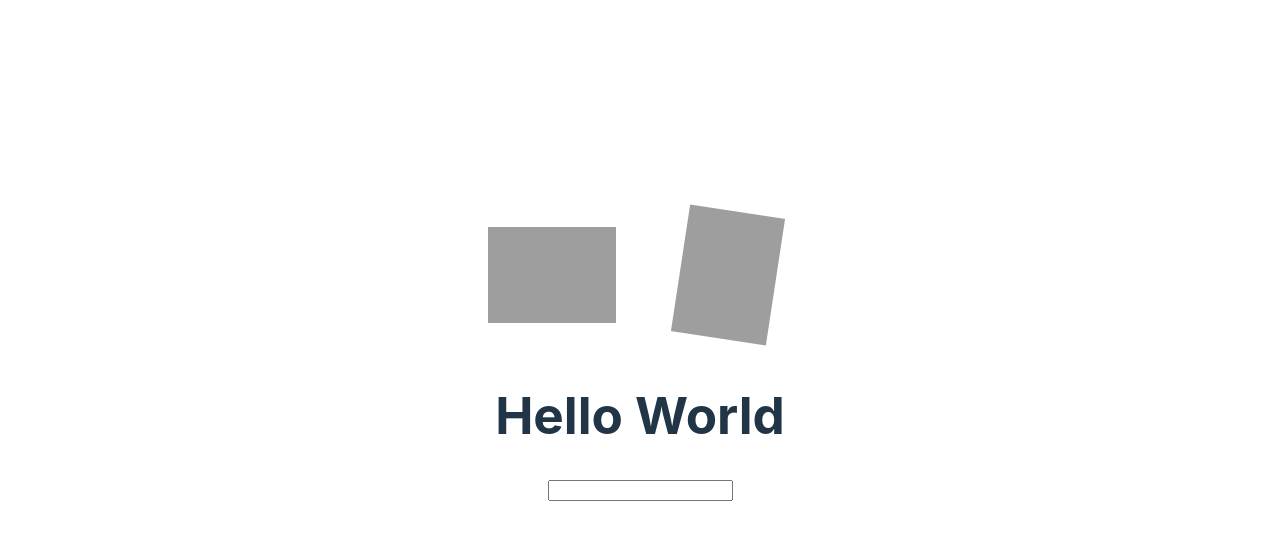
Repository: marianozamora/vite-test-plat
Page: /
The author's editor kept a copy of each file at every save. The page is drawn from the files as they stood at one save, then again after the next save.
The browser window is 1280 px wide. The pictures show the whole page.
Pictures or frames that could not be fetched are drawn as grey boxes. The page's requests for data from a server got no answer. The project was rebuilt for these pictures with package versions that can differ from the ones it lists, and the page was loaded fresh each time. No one was signed in, and anything a server would have sent is missing. Also part of the build but not shown: vite.config.js, src/list.styl.

Above is the page before, as saved 2023-06-22 13:55:14.

### src/App.jsx
import { useState, useEffect } from 'react'
import reactLogo from './assets/react.svg'
import viteLogo from '/vite.svg'
import './App.css'

//components
import List from './components/List'
// import Filter from './components/Filter'

function App() {

  const [pokemons, setPokemons] = useState([]);
  const [dataFreeze, setDataFreeze] = useState([]);



  function filterByText(e) {
    const value = e.target.value;
    const filteredPokemons = dataFreeze.filter((pokemon) => pokemon.name.includes(value));
    if (value === '') {
      setPokemons(dataFreeze);
    }
    setPokemons(filteredPokemons);
  }

	useEffect(() => {
		async function getPokemons() {
      const data = await fetch(import.meta.env.VITE_API_URL).then((response) => response.json());
      console.log(data.results, 'data');
      setPokemons(data.results);
      setDataFreeze(data.results)
		}
		getPokemons();
	}, []);

  return (
    <>
      <div>
        <a href="https://vitejs.dev" target="_blank" rel="noreferrer">
          <img src={viteLogo} className="logo" alt="Vite logo" />
        </a>
        <a href="https://react.dev" target="_blank" rel="noreferrer">
          <img src={reactLogo} className="logo react" alt="React logo" />
        </a>
      </div>
      <h1>Hello World</h1>

      <input
        onChange={(e)=> filterByText(e)}
      />
      <List data={pokemons} />
    </>
  )
}

export default App

### src/components/List.jsx
/* eslint-disable react/prop-types */
// import { useState } from "react";
// import { useEffect } from "react";

const ListPokemons = ({ data }) => {

	return (
		<ul>
			{data.map((pokemon, index) => (
				<li key={index}>{pokemon.name}</li>
			))}
		</ul>
	);
};

export default ListPokemons;

Loaded but not shown: index.html (common file); src/main.jsx (common file); src/index.css (common file); src/App.css (common file)

After the next save:
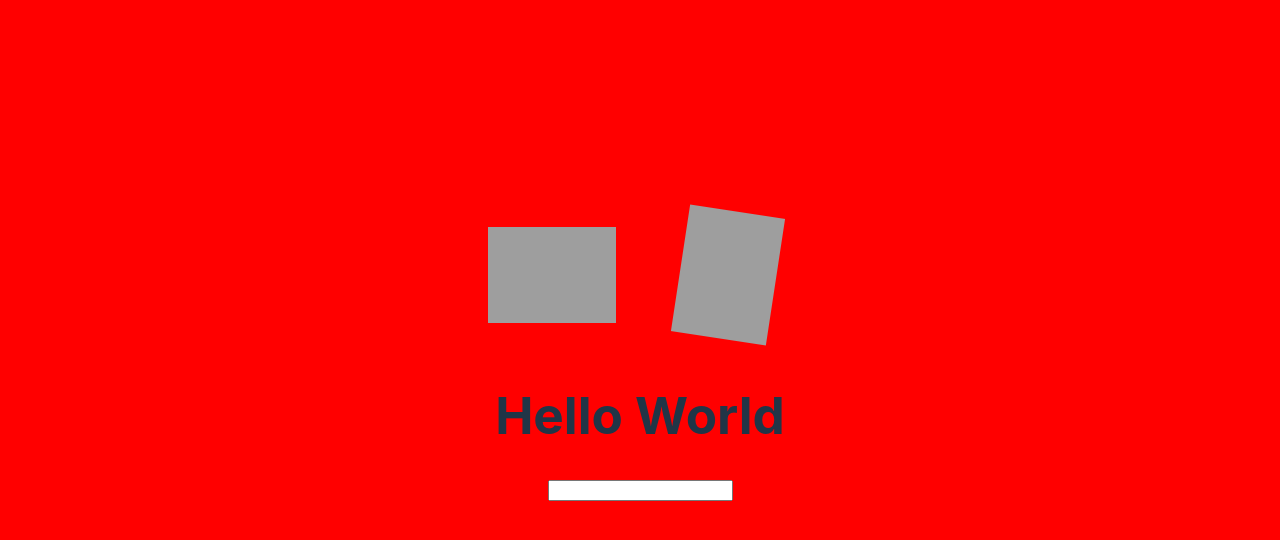
Saved 18 s later.
--- a/src/App.jsx
+++ b/src/App.jsx
@@ -2,6 +2,8 @@ import { useState, useEffect } from 'react'
 import reactLogo from './assets/react.svg'
 import viteLogo from '/vite.svg'
 import './App.css'
+
+import 'list.styl'
 
 //components
 import List from './components/List'
